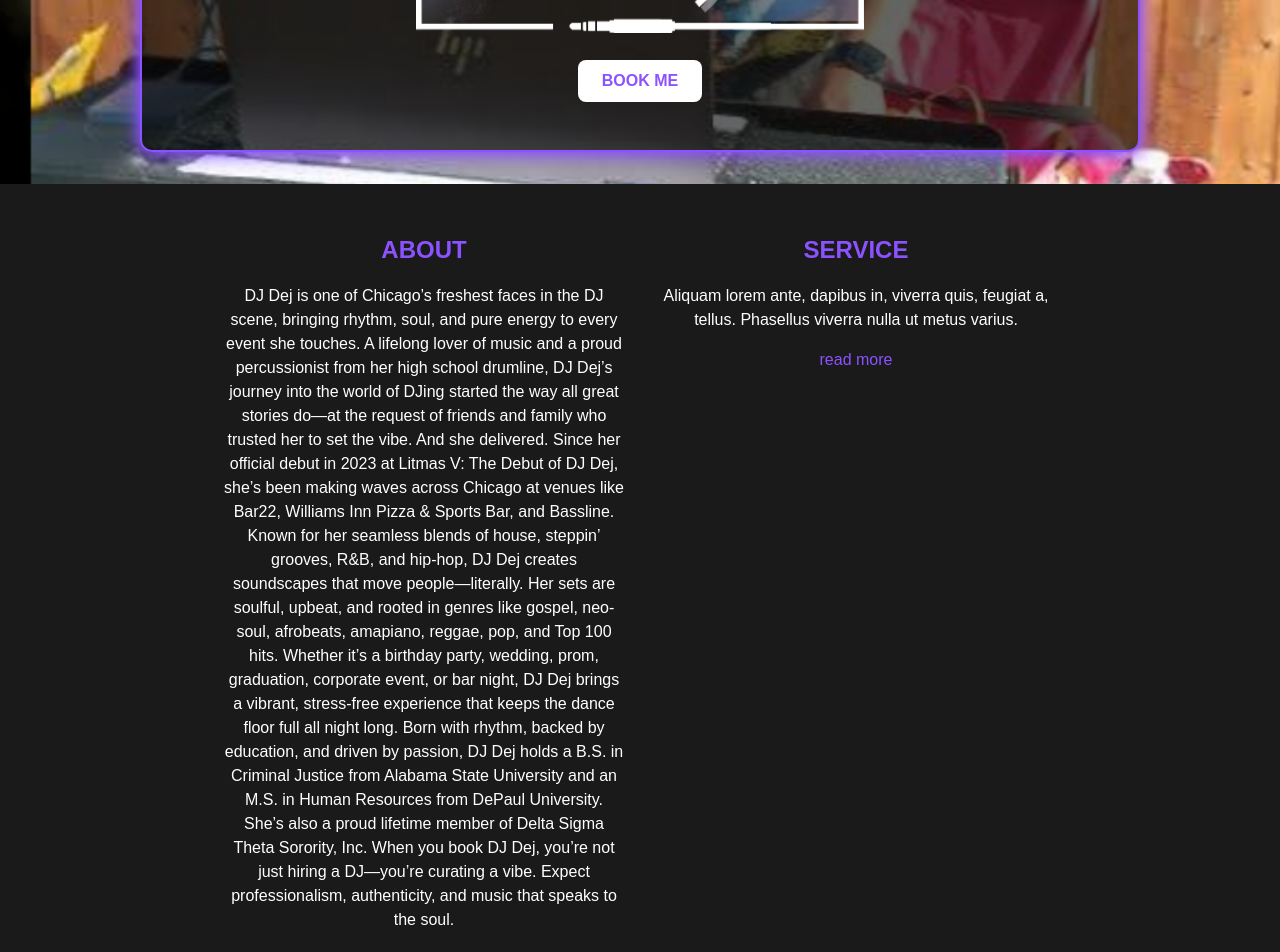
Repository: ErvinClay13/Dj-Dej-Website
Page: /
An editor plug-in stored every save of this project. The page is shown before and after the next save, followed by the edit.
The browser window is 1280 px wide. The pictures show the part of the page from y = 397 to 1349 px (the page is 5440 px tall).
The project was rebuilt for these pictures with package versions that can differ from the ones it lists, and the page was loaded fresh each time. Also part of the build but not shown: vite.config.js.

Above is the page before, as saved 2025-05-13 11:47:33.

### src/App.jsx
// DJ Portfolio - React + Plain CSS Full Layout (Hero + Sections)

import React, { useState } from "react";
import ReactDOM from "react-dom/client";
import ContactMe from "./components/ContactMe";
import Events from "./components/Events";
import "./App.css";

const App = () => {
  const [showMenu, setShowMenu] = useState(false);

  return (
    <div className="main-container">
      {/* Top Navigation */}
      <nav className="navbar">
        <div className="logo">
          <img src="/logo.png" alt="DJ DEJ Logo" className="logo-img" />
        </div>

        {/* Hamburger menu */}
        <div className="hamburger" onClick={() => setShowMenu(!showMenu)}>
          <div className="bar"></div>
          <div className="bar"></div>
          <div className="bar"></div>
        </div>

        {/* Nav Links */}
        <ul className={`nav-links ${showMenu ? "active" : ""}`}>
          <li>
            <a href="#">Home</a>
          </li>
          <li>
            <a href="#about" onClick={() => setShowMenu(false)}>
              About
            </a>
          </li>
          <li>
            <a href="#tracks" onClick={() => setShowMenu(false)}>
              Tracks
            </a>
          </li>
          <li>
            <a href="#mixes" onClick={() => setShowMenu(false)}>
              Mixes
            </a>
          </li>
          <li>
            <a href="#events" onClick={() => setShowMenu(false)}>
              Events
            </a>
          </li>
          <li>
            <a href="#contact" onClick={() => setShowMenu(false)}>
              Book Me
            </a>
          </li>
        </ul>
      </nav>

      {/* Hero Section */}
      <header className="hero">
        <div className="hero-overlay">
          <div className="logo">
            <img src="/logo.png" alt="DJ DEJ Logo" className="logo-img2" />
          </div>
          <div className="hero-buttons">
            <button className="btn light">BOOK ME</button>
          </div>
        </div>
      </header>

      {/* Sections */}
      <section className="info-section" id="about">
        <div className="info-block">
          <h2>ABOUT</h2>
          <p>
          DJ Dej is one of Chicago’s freshest faces in the DJ scene, bringing rhythm, soul,
          and pure energy to every event she touches. A lifelong lover of music and a proud
          percussionist from her high school drumline, DJ Dej’s journey into the world of DJing
          started the way all great stories do—at the request of friends and family who trusted
          her to set the vibe. And she delivered.
          Since her official debut in 2023 at Litmas V: The Debut of DJ Dej, she’s been making waves
          across Chicago at venues like Bar22, Williams Inn Pizza & Sports Bar, and Bassline. Known
          for her seamless blends of house, steppin’ grooves, R&B, and hip-hop, DJ Dej creates soundscapes
          that move people—literally. Her sets are soulful, upbeat, and rooted in genres like gospel,
          neo-soul, afrobeats, amapiano, reggae, pop, and Top 100 hits.
          Whether it’s a birthday party, wedding, prom, graduation, corporate event, or bar night, DJ Dej
          brings a vibrant, stress-free experience that keeps the dance floor full all night long.
          Born with rhythm, backed by education, and driven by passion, DJ Dej holds a B.S. in Criminal
          Justice from Alabama State University and an M.S. in Human Resources from DePaul University. She’s
          also a proud lifetime member of Delta Sigma Theta Sorority, Inc.
          When you book DJ Dej, you’re not just hiring a DJ—you’re curating a vibe. Expect professionalism,
          authenticity, and music that speaks to the soul.
          </p>
          <a href="#">read more</a>
        </div>
        <div className="info-block" id="service">
          <h2>SERVICE</h2>
          <p>
            Aliquam lorem ante, dapibus in, viverra quis, feugiat a, tellus.
            Phasellus viverra nulla ut metus varius.
          </p>
          <a href="#">read more</a>
        </div>

      </section>

      {/* Mixes Section */}
      <section className="mixes-section" id="mixes">
        <h2 className="mixes-title">Mixes</h2>

        <div className="mixcloud-embed">
          <iframe
            width="100%"
            height="120"
            style={{ border: "none" }}
            allow="autoplay"
            title="Mix 1"
            src="https://www.mixcloud.com/widget/iframe/?feed=%2FApeCode%2Fdj-dej-mix-1%2F&hide_cover=0&light=0"
          ></iframe>
        </div>

        <div className="mixcloud-embed">
          <iframe
            width="100%"
            height="120"
            style={{ border: "none" }}
            allow="autoplay"
            title="Mix 2"
            src="https://www.mixcloud.com/widget/iframe/?feed=%2FApeCode%2Fhouse_juke%2F&hide_cover=0&light=0"
          ></iframe>
        </div>

        <div className="mixcloud-embed">
          <iframe
            width="100%"
            height="120"
            style={{ border: "none" }}
            allow="autoplay"
            title="Mix 3"
            src="https://www.mixcloud.com/widget/iframe/?feed=%2FApeCode%2Fthrowbacks%2F&hide_cover=0&light=0"
          ></iframe>
        </div>
      </section>

      {/* Event Section */}
      <div>
        <Events />
      </div>

      {/* Contact Section */}
      <div id="contact">
        <ContactMe />
      </div>

      <footer></footer>
    </div>
  );
};

export default App;

### src/components/ContactMe.jsx
import React from "react";
import { useRef } from "react"; // Hook to reference DOM elements
import emailjs from "@emailjs/browser"; // EmailJS for sending form data as email
import { useTypewriter, Cursor } from "react-simple-typewriter"; // Typewriter animation effect


// ContactMe component definition
function ContactMe() {
  // Animated placeholder for name input
  const [newName] = useTypewriter({
    words: [
      "Hello What is your name?",
      "Please enter your name here!",
      "Feel free to enter your name here",
    ],
    loop: true,
    typeSpeed: 50,
    deleteSpeed: 30,
    delaySpeed: 1000,
  });

  // Animated placeholder for email input
  const [eMail] = useTypewriter({
    words: [
      "You can enter email in this field! ",
      "Please enter your name here!",
      "Enter your email address inside!",
    ],
    loop: true,
    typeSpeed: 50,
    deleteSpeed: 30,
    delaySpeed: 1000,
  });

  // Animated placeholder for message textarea
  const [text] = useTypewriter({
    words: [
      "Hello! Feel free to send me a message.",
      "I'm excited to hear from you!",
      "Let's build something amazing together!",
    ],
    loop: true,
    typeSpeed: 50,
    deleteSpeed: 30,
    delaySpeed: 1000,
  });

  // Reference to the form DOM element
  const form = useRef();

  // Handles form submission and sends the data using EmailJS
  const sendEmail = (e) => {
    e.preventDefault(); // Prevents page reload on form submit

    emailjs
      .sendForm("service_spzbvv5", "template_eso2v3n", form.current, {
        publicKey: "nXe5clY5imZRjmuNb", // Public API key
      })
      .then(
        () => {
          console.log("SUCCESS!"); // On success
          console.log("Message Sent");
        },
        (error) => {
          console.log("FAILED...", error.text); // On failure
        }
      );
  };

  // JSX to render the contact form
  return (
    <div className="formContainer">
      <h1>Contact Me</h1>

      <div className="styled-contact-form">
        <form ref={form} onSubmit={sendEmail}>
          {/* Name input with animated placeholder */}
          <label>Name</label>
          <input type="text" name="user_name" placeholder={newName} />

          {/* Email input with animated placeholder */}
          <label>Email</label>
          <input type="email" name="user_email" placeholder={eMail} />

          {/* Message input with animated placeholder */}
          <label>Message</label>
          <textarea name="message" placeholder={text} />

          {/* Cursor animation shown with the typewriter effect */}
          <Cursor />

          {/* Submit button */}
          <input type="submit" value="Send" />
        </form>
      </div>
    </div>
  );
}

// Exporting the component for use in other parts of the app
export default ContactMe;

### src/components/Events.jsx
import React, { useState } from "react";
import "./Events.css";

const events = [
  { title: "Cool's Birthday Bash", img: "/flyers/flyer1.png" },
  { title: "Alpha Invasion Weekend In Philly Jawn", img: "/flyers/flyer2.png" },
  { title: "DSTined Turns 3", img: "/flyers/flyer3.png" },
  { title: "Litmas 2023", img: "/flyers/flyer4.png" },
  { title: "Fiesta Friday's", img: "/flyers/flyer5.png" },
  { title: "Birthday Bash", img: "/flyers/flyer6.png" },
  { title: "Social Soiree`", img: "/flyers/flyer7.png" },
  { title: "Diversity & Inclusion Derby Day", img: "/flyers/flyer8.png" },
  { title: "Chillout", img: "/flyers/flyer9.png" },
  { title: "Litmas 2024", img: "/flyers/flyer10.png" },
  { title: "Valentine's Day Comedy Show", img: "/flyers/flyer11.png" },
  { title: "Clay's Anniversary Party", img: "/flyers/flyer12.png" },
  { title: "Wellness Health Fair", img: "/flyers/flyer13.png" },
];

const Events = () => {
  const [modalImg, setModalImg] = useState(null);
  const openModal = (img) => setModalImg(img);
  const closeModal = () => setModalImg(null);

  return (
    <section className="events-section" id="events">
      <h2 className="events-title">Events</h2>
      <div className="flyer-grid">
        {events.map((event, index) => (
          <div className="flyer-card" key={index} onClick={() => openModal(event.img)}>
            <img src={event.img} alt={event.title} />
            <p>{event.title}</p>
          </div>
        ))}
      </div>

      {modalImg && (
        <div className="modal-overlay" onClick={closeModal}>
          <div className="modal-content">
            <img src={modalImg} alt="Flyer Full View" />
          </div>
        </div>
      )}
    </section>
  );
};

export default Events;

### src/App.css
/* Reset & global styles */
* {
  margin: 0;
  padding: 0;
  box-sizing: border-box;
}

html, body {
  width: 100%;
  min-height: 100%;
  font-family: 'Arial', sans-serif;
  background-color: #111;
  color: #fff;
  overflow-x: hidden;
}

/* Container */
.main-container {
  width: 100%;
}

/* Navbar */
.navbar {
  position: fixed;
  top: 0;
  left: 0;
  width: 100%;
  height: 80px;
  z-index: 1000;
  background-color: #1a1a1a;
  display: flex;
  justify-content: space-between;
  align-items: center;
  padding: 1rem 2rem;
  box-shadow: 0 2px 8px rgba(0, 0, 0, 0.4);
  flex-wrap: wrap;
}

.logo-img {
  height: 40px;
  object-fit: contain;
  box-shadow: 0 8px 16px #8c52ff, 8px 0 16px #8c52ff;
  border-radius: 6px;
}

.logo-img2 {
  margin-top: 50px;
  margin-bottom: 20px;
  height: 250px;
  object-fit: contain;
}

/* Hamburger Icon */
.hamburger {
  display: none;
  flex-direction: column;
  cursor: pointer;
  gap: 5px;
}

.hamburger .bar {
  width: 25px;
  height: 3px;
  background-color: white;
}

/* Nav Links */
.nav-links {
  display: flex;
  flex-wrap: wrap;
  gap: 1rem;
  list-style: none;
}

.nav-links li a {
  color: white;
  text-decoration: none;
  font-weight: 500;
}

.nav-links li a:hover {
  color: #8c52ff;
}

/* Hero Section */
.hero {
  width: 100vw;
  min-height: 70vh;
  background: url('/hero.jpg') center/cover no-repeat;
  display: flex;
  align-items: center;
  justify-content: center;
  position: relative;
  scroll-margin-top: 80px;
  padding-top: 80px;
  padding-bottom: 2rem;
}

.hero-overlay {
  background: rgba(0, 0, 0, 0.6);
  width: 100%;
  max-width: 1000px;
  padding: 3rem 2rem;
  text-align: center;
  border-radius: 12px;
  box-sizing: border-box;
  overflow: hidden;
  border: 2px solid #8c52ff;
  box-shadow: 0 0 12px #8c52ff, 0 0 24px #8c52ff;
  animation: pulse-border 3s linear infinite;
}

@media (max-width: 768px) {
  .hero-overlay {
    padding: 2rem 1rem;
    max-width: 100%;
  }

  .logo-img2 {
    width: 100%;
    height: auto;
    max-width: 300px;
  }
}

.dj-name {
  font-size: 3rem;
  color: #8c52ff;
}

.tagline {
  font-size: 1.5rem;
  margin: 0.5rem 0;
}

.date {
  font-size: 1rem;
  color: #ccc;
  margin-bottom: 1rem;
}

.hero-buttons {
  display: flex;
  flex-wrap: wrap;
  gap: 1rem;
  justify-content: center;
}

.btn {
  padding: 0.75rem 1.5rem;
  border: none;
  cursor: pointer;
  font-weight: bold;
  font-size: 1rem;
}

.btn.dark {
  background-color: #222;
  color: white;
}

.btn.light {
  background-color: white;
  color: #8c52ff;
}

.btn.light:hover {
  background-color: #8c52ff;
  color: white;
}

/* Info Sections */
.info-section {
  display: flex;
  flex-wrap: wrap;
  justify-content: center;
  padding: 3rem 1rem;
  background-color: #1a1a1a;
  gap: 2rem;
}

.info-block {
  flex: 1 1 300px;
  max-width: 400px;
  text-align: center;
}

.info-block h2 {
  color: #8c52ff;
  margin-bottom: 1rem;
}

.info-block a {
  color: #8c52ff;
  text-decoration: none;
  display: block;
  margin-top: 1rem;
}

.info-block a:hover {
  text-decoration: underline;
}

/* Mixes */
.mixes-section {
  background-color: #000;
  padding: 3rem 1rem;
  text-align: center;
}

.mixes-title {
  color: #fff;
  font-size: 2rem;
  margin-bottom: 2rem;
  text-transform: uppercase;
  text-decoration: underline;
}

.mixes-title:hover {
  color: #8c52ff;
}

.mixcloud-embed {
  max-width: 800px;
  margin: 2rem auto;
}

/* Footer */
footer {
  height: 150px;
  background-color: #111;
}

/* Contact Form */
.formContainer {
  background-color: #111;
  color: white;
  padding: 4rem 1rem;
  text-align: center;
}

.formContainer h1 {
  font-size: 2.5rem;
  margin-bottom: 2rem;
  color: #8c52ff;
  text-transform: uppercase;
  text-decoration: underline;
}

.styled-contact-form {
  max-width: 600px;
  margin: 0 auto;
}

.styled-contact-form form {
  display: flex;
  flex-direction: column;
  gap: 1rem;
}

.styled-contact-form input[type="text"],
.styled-contact-form input[type="email"],
.styled-contact-form textarea {
  padding: 0.75rem 1rem;
  border: 2px solid #333;
  border-radius: 4px;
  background-color: #1a1a1a;
  color: white;
  font-size: 1rem;
}

.styled-contact-form input::placeholder,
.styled-contact-form textarea::placeholder {
  color: #999;
}

.styled-contact-form label {
  text-align: left;
  font-weight: bold;
  color: #8c52ff;
}

.styled-contact-form input[type="submit"] {
  background-color: #8c52ff;
  color: white;
  font-weight: bold;
  padding: 0.75rem;
  border: none;
  cursor: pointer;
  transition: background 0.3s ease;
}

.styled-contact-form input[type="submit"]:hover {
  background-color: white;
  color: #8c52ff;
}

/* Responsive Styles */
@media (max-width: 768px) {
  .navbar {
    flex-direction: row;
    align-items: center;
    justify-content: space-between;
  }

  .hamburger {
    display: flex;
  }

  .nav-links {
    position: absolute;
    top: 80px;
    left: 0;
    width: 100%;
    flex-direction: column;
    align-items: center;
    background-color: #1a1a1a;
    display: none;
    padding: 1rem 0;
  }

  .nav-links.active {
    display: flex;
  }

  .dj-name {
    font-size: 2.2rem;
  }

  .tagline {
    font-size: 1.2rem;
  }

  .hero {
    min-height: 80vh;
  }
}

/* 🔄 Purple Glow Animation */
@keyframes pulse-border {
  0% {
    box-shadow: 0 0 8px #8c52ff, 0 0 16px #8c52ff;
  }
  50% {
    box-shadow: 0 0 16px #8c52ff, 0 0 32px #8c52ff;
  }
  100% {
    box-shadow: 0 0 8px #8c52ff, 0 0 16px #8c52ff;
  }
}

### src/components/Events.css
.events-section {
  background-color: #111;
  color: white;
  padding: 4rem 1rem;
  text-align: center;
}

.events-title {
  color: white;
  font-size: 2rem;
  margin-bottom: 2rem;
  text-transform: uppercase;
  text-decoration: underline;
  transition: color 0.3s ease;
}

.events-title:hover {
  color: #8c52ff;
}

.flyer-grid {
  display: flex;
  flex-wrap: wrap;
  justify-content: center;
  gap: 2rem;
}

.flyer-card {
  width: 300px;
  background-color: #1a1a1a;
  border-radius: 8px;
  overflow: hidden;
  box-shadow: 0 4px 16px rgba(140, 82, 255, 0.4);
  text-align: center;
  cursor: pointer;
  transition: transform 0.2s ease;
}

.flyer-card:hover {
  transform: scale(1.03);
}

.flyer-card img {
  width: 100%;
  height: 400px;
  object-fit: cover;
}

.flyer-card p {
  margin: 0.75rem 0;
  color: #ccc;
  font-weight: bold;
}

/* Modal Styles */
.modal-overlay {
  position: fixed;
  top: 0;
  left: 0;
  width: 100vw;
  height: 100vh;
  background: rgba(0, 0, 0, 0.9);
  display: flex;
  align-items: center;
  justify-content: center;
  z-index: 9999;
  cursor: zoom-out;
}

.modal-content img {
  max-width: 90vw;
  max-height: 90vh;
  border-radius: 8px;
  box-shadow: 0 0 20px #8c52ff;
}

/* Responsive Design */
@media (max-width: 768px) {
  .flyer-card {
    width: 90%;
  }

  .flyer-card img {
    height: auto;
  }
}

Loaded but not shown: index.html (common file); src/main.jsx (common file); src/index.css (common file)

After the next save:
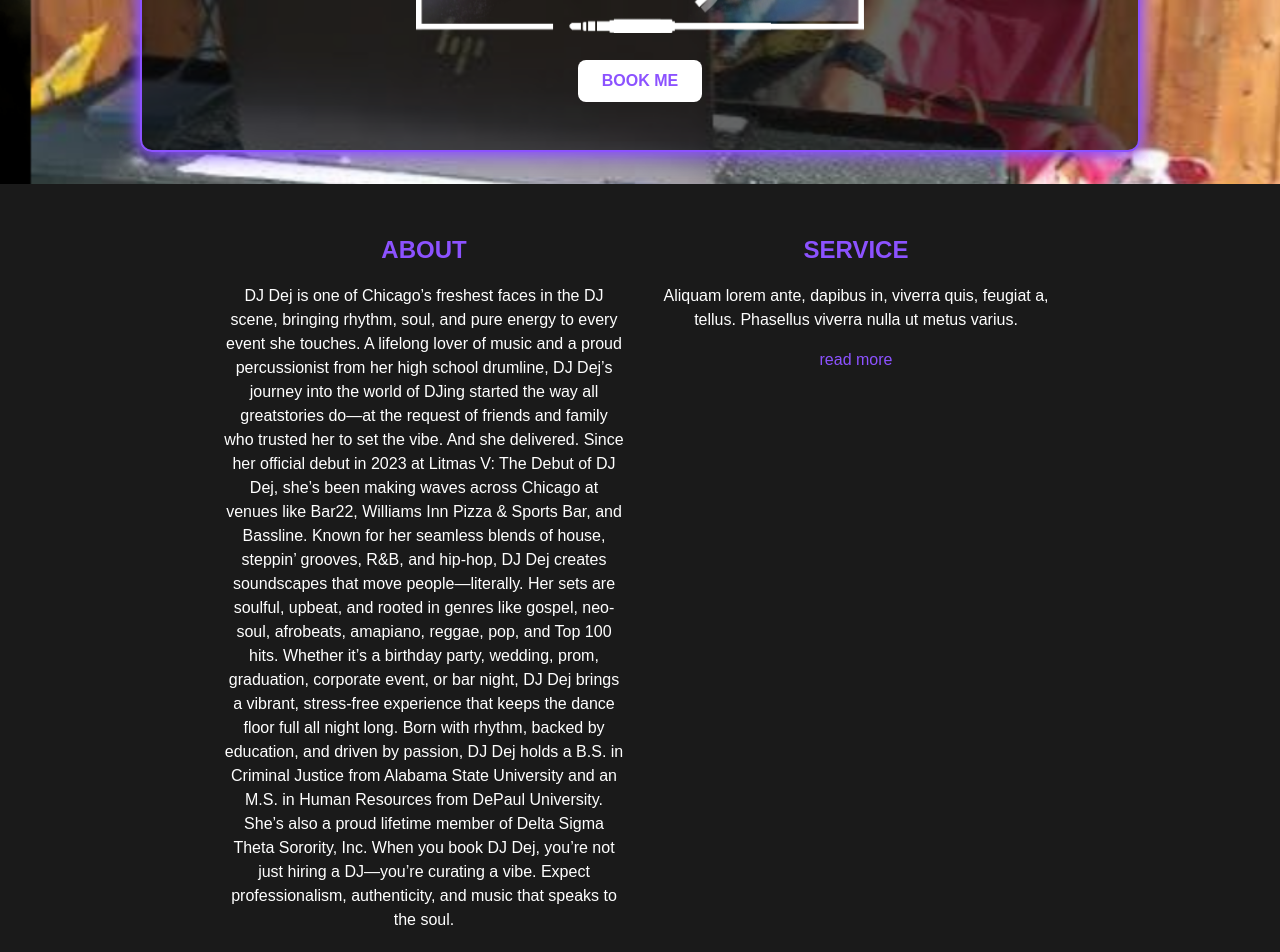
Saved 2 min 8 s later.
--- a/src/App.jsx
+++ b/src/App.jsx
@@ -77,7 +77,7 @@
           DJ Dej is one of Chicago’s freshest faces in the DJ scene, bringing rhythm, soul,
           and pure energy to every event she touches. A lifelong lover of music and a proud
           percussionist from her high school drumline, DJ Dej’s journey into the world of DJing
-          started the way all great stories do—at the request of friends and family who trusted
+          started the way all greatstories do—at the request of friends and family who trusted
           her to set the vibe. And she delivered.
           Since her official debut in 2023 at Litmas V: The Debut of DJ Dej, she’s been making waves
           across Chicago at venues like Bar22, Williams Inn Pizza & Sports Bar, and Bassline. Known

After the save that followed:
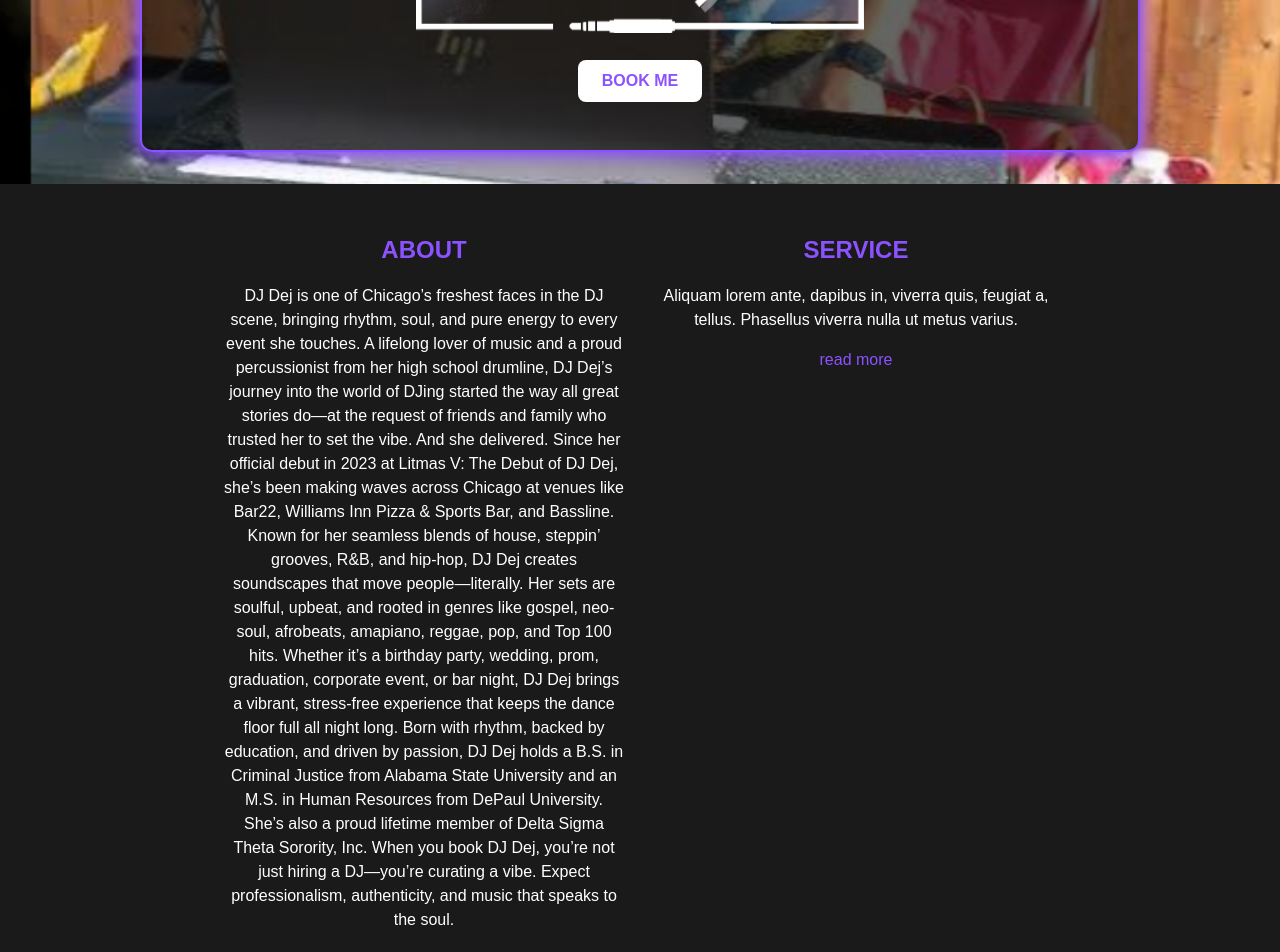
Saved 22 s later.
--- a/src/App.jsx
+++ b/src/App.jsx
@@ -77,7 +77,7 @@
           DJ Dej is one of Chicago’s freshest faces in the DJ scene, bringing rhythm, soul,
           and pure energy to every event she touches. A lifelong lover of music and a proud
           percussionist from her high school drumline, DJ Dej’s journey into the world of DJing
-          started the way all greatstories do—at the request of friends and family who trusted
+          started the way all great stories do—at the request of friends and family who trusted
           her to set the vibe. And she delivered.
           Since her official debut in 2023 at Litmas V: The Debut of DJ Dej, she’s been making waves
           across Chicago at venues like Bar22, Williams Inn Pizza & Sports Bar, and Bassline. Known
